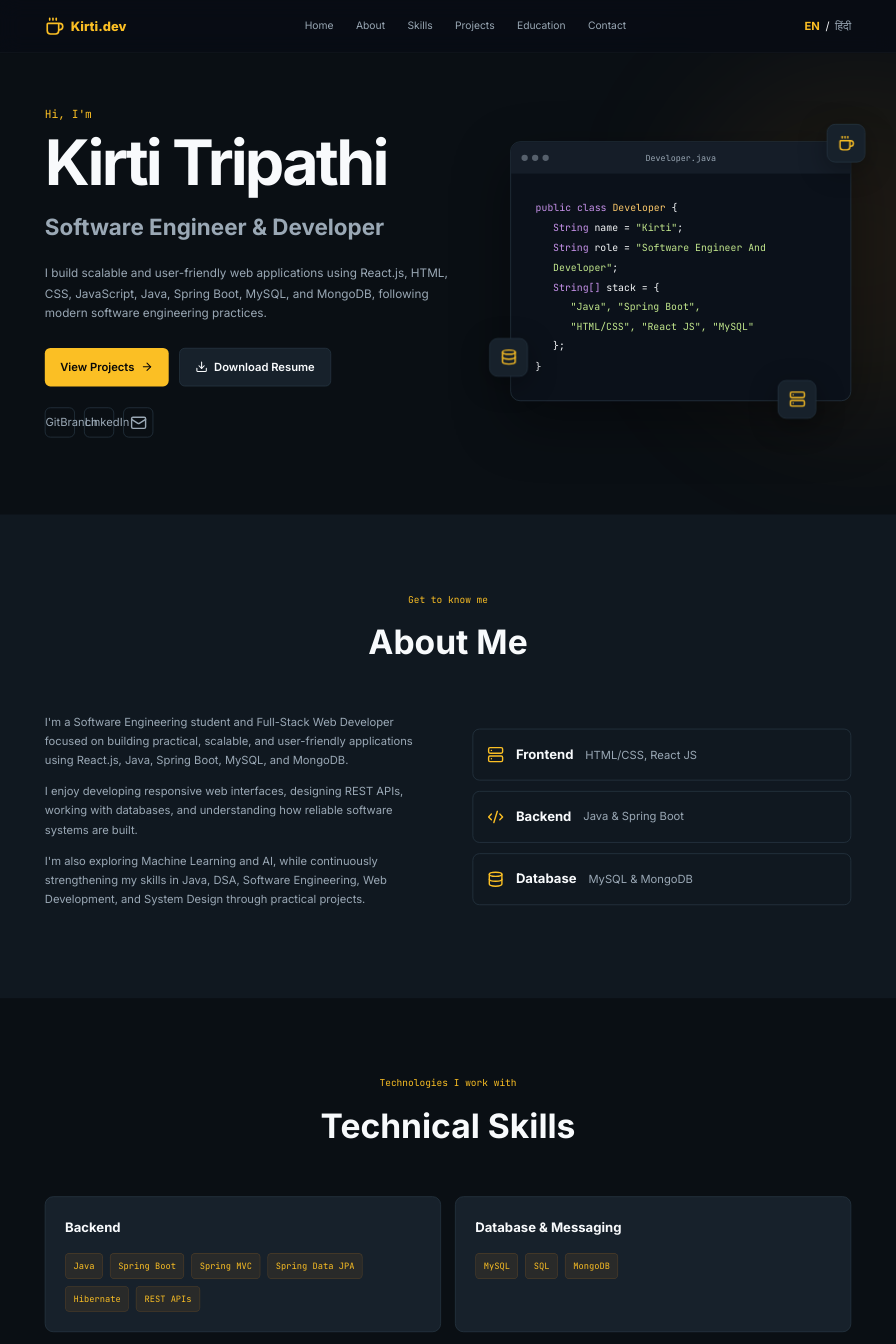
Repository: Rashi-Kirti06/En-Hi-Portfolio
Page: /
An editor plug-in stored every save of this project. The page is shown before and after a run of saves, followed by the edit.
The browser window is 1280 px wide. The pictures show the part of the page from y = 0 to 1920 px (the page is 4993 px tall), at 70% of full size.
The project was rebuilt for these pictures with package versions that can differ from the ones it lists, and the page was loaded fresh each time. Also part of the build but not shown: vite.config.js.

Above is the page before, as saved 2026-09-06 16:49:23.

### index.html
<!doctype html>

<html lang="en">

<head>

  <meta charset="UTF-8" />

  <meta
    name="viewport"
    content="width=device-width, initial-scale=1.0"
  />

  <meta
    name="description"
    content="Kirti Tripathi - Java and Spring Boot Backend Developer portfolio."
  />

  <meta
    name="keywords"
    content="Java Developer, Spring Boot Developer, Backend Developer, Java Portfolio"
  />

  <meta name="author" content="Kirti Tripathi" />

  <title>
    Kirti Tripathi | Java Backend Developer
  </title>

</head>

<body>

  <div id="root"></div>

  <script
    type="module"
    src="/src/main.jsx"
  ></script>

</body>

</html>

### src/index.css
@import url("https://fonts.googleapis.com/css2?family=Inter:wght@400;500;600;700;800&family=JetBrains+Mono:wght@400;500;600&display=swap");

:root {
  /* --background: #080d14;
  --background-secondary: #0d141e;
  --card: #111a26;
  --card-hover: #162231;

  --text: #f4f7fb;
  --text-muted: #9ba9ba;

  --primary: #f89820;
  --primary-hover: #ffad42;

  --green: #58d68d;

  --border: #233142; */

  /* --background: #07111f;
--background-secondary: #0b1728;
--card: #101d2f;
--card-hover: #152840;
--text: #f1f5f9;
--text-muted: #94a3b8;
--primary: #22d3ee;
--primary-hover: #06b6d4;
--green: #34d399;
--border: #1e344d; */

/* --background: #0c0914;
--background-secondary: #130f1f;
--card: #1a1428;
--card-hover: #241b36;
--text: #f5f3ff;
--text-muted: #aaa3bb;
--primary: #a78bfa;
--primary-hover: #8b5cf6;
--green: #6ee7b7;
--border: #302544; */

/* --background: #07121a;
--background-secondary: #0b1c26;
--card: #102530;
--card-hover: #16323f;
--text: #f0fdf4;
--text-muted: #91a7ad;
--primary: #34d399;
--primary-hover: #10b981;
--green: #6ee7b7;
--border: #1d3b46; */

/* --background: #070b14;
--background-secondary: #0c1220;
--card: #111a2b;
--card-hover: #17243a;
--text: #f8fafc;
--text-muted: #94a3b8;
--primary: #3b82f6;
--primary-hover: #60a5fa;
--green: #4ade80;
--border: #223452; */

/* --background: #0e0b10;
--background-secondary: #171219;
--card: #201820;
--card-hover: #2a202a;
--text: #faf5f9;
--text-muted: #a99da6;
--primary: #f472b6;
--primary-hover: #ec4899;
--green: #86efac;
--border: #382b37; */
--background: #0a0f14;
--background-secondary: #101820;
--card: #17212b;
--card-hover: #1d2b37;
--text: #f8fafc;
--text-muted: #9aa8b5;
--primary: #fbbf24;
--primary-hover: #f59e0b;
--green: #4ade80;
--border: #293946;



  --max-width: 1180px;

  --transition: 0.3s ease;
}

* {
  margin: 0;
  padding: 0;
  box-sizing: border-box;
}

html {
  scroll-behavior: smooth;
  scroll-padding-top: 80px;
}

body {
  font-family: "Inter", sans-serif;
  background: var(--background);
  color: var(--text);
  line-height: 1.7;
  overflow-x: hidden;
}

a {
  color: inherit;
  text-decoration: none;
}

button {
  font: inherit;
}

.container {
  width: min(90%, var(--max-width));
  margin-inline: auto;
}

.section {
  padding: 110px 0;
}

.alt-section {
  background: var(--background-secondary);
}

/* ==========================
   Navbar
========================== */

.navbar {
  position: fixed;
  width: 100%;
  top: 0;
  z-index: 1000;

  background: rgba(8, 13, 20, 0.9);
  backdrop-filter: blur(15px);

  border-bottom: 1px solid rgba(255,255,255,0.06);
}

.nav-container {
  height: 75px;

  display: flex;
  align-items: center;
  justify-content: space-between;
}

.logo {
  display: flex;
  align-items: center;
  gap: 9px;

  font-weight: 800;
  font-size: 1.15rem;

  color: var(--primary);
}

.nav-links {
  display: flex;
  align-items: center;
  gap: 32px;
}

.nav-links a {
  color: var(--text-muted);
  font-size: 0.92rem;
  transition: var(--transition);
}

.nav-links a:hover {
  color: var(--primary);
}

.nav-actions {
  display: flex;
  align-items: center;
  gap: 20px;
}

.language-switcher,
.language-mobile {
  display: flex;
  align-items: center;
  gap: 8px;
}

.language-switcher button,
.language-mobile button {
  border: none;
  background: transparent;
  color: var(--text-muted);
  cursor: pointer;
}

.lang-active {
  color: var(--primary) !important;
  font-weight: 700;
}

.mobile-menu {
  border: 0;
  background: transparent;
  color: white;
  cursor: pointer;
  display: none;
}

.language-mobile {
  display: none;
}

/* ==========================
   Hero
========================== */

.hero {
  min-height: 100vh;

  display: flex;
  align-items: center;

  padding-top: 150px;

  position: relative;
  overflow: hidden;
}

.hero::before {
  content: "";

  position: absolute;

  width: 500px;
  height: 500px;

  background: rgba(248, 152, 32, 0.08);

  border-radius: 50%;

  filter: blur(100px);

  top: 100px;
  right: -200px;

  pointer-events: none;
}

.hero-grid {
  display: grid;
  grid-template-columns: 1.1fr 0.9fr;
  gap: 70px;

  align-items: center;
}

.availability {
  display: inline-flex;
  align-items: center;
  gap: 9px;

  padding: 8px 14px;

  border: 1px solid var(--border);
  border-radius: 100px;

  color: var(--text-muted);

  font-size: 0.8rem;

  margin-bottom: 25px;

  background: rgba(255,255,255,0.02);
}

.availability-dot {
  width: 8px;
  height: 8px;

  border-radius: 50%;

  background: var(--green);

  box-shadow:
    0 0 10px var(--green);
}

.hero-greeting {
  color: var(--primary);

  font-family:
    "JetBrains Mono",
    monospace;

  font-size: 1rem;

  margin-bottom: 10px;
}

.hero h1 {
  font-size: clamp(
    3rem,
    7vw,
    5.7rem
  );

  line-height: 1;

  letter-spacing: -4px;

  margin-bottom: 20px;
}

.hero h2 {
  font-size: clamp(
    1.4rem,
    3vw,
    2rem
  );

  color: var(--text-muted);

  margin-bottom: 25px;
}

.hero-description {
  color: var(--text-muted);

  max-width: 650px;

  font-size: 1.05rem;

  margin-bottom: 35px;
}

.hero-buttons {
  display: flex;
  flex-wrap: wrap;
  gap: 15px;

  margin-bottom: 30px;
}

/* Buttons */

.btn {
  display: inline-flex;

  align-items: center;

  justify-content: center;

  gap: 9px;

  padding: 13px 22px;

  border-radius: 8px;

  font-weight: 600;

  transition: var(--transition);
}

.btn-primary {
  background: var(--primary);
  color: #090909;
}

.btn-primary:hover {
  background: var(--primary-hover);

  transform:
    translateY(-3px);
}

.btn-secondary {
  border:
    1px solid var(--border);

  background: var(--card);
}

.btn-secondary:hover {
  border-color:
    var(--primary);

  transform:
    translateY(-3px);
}

/* Social */

.social-links {
  display: flex;
  gap: 13px;
}

.social-links a {
  width: 43px;
  height: 43px;

  display: grid;
  place-items: center;

  border: 1px solid var(--border);

  border-radius: 8px;

  color: var(--text-muted);

  transition: var(--transition);
}

.social-links a:hover {
  color: var(--primary);

  border-color:
    var(--primary);

  transform:
    translateY(-3px);
}

/* Code card */

.hero-visual {
  position: relative;
}

.developer-card {
  border:
    1px solid var(--border);

  border-radius: 14px;

  overflow: hidden;

  background: #0b111a;

  box-shadow:
    0 30px 80px rgba(0,0,0,0.4);
}

.terminal-header {
  height: 45px;

  display: flex;
  align-items: center;

  padding: 0 15px;

  background: #151d28;

  color: var(--text-muted);

  font-size: 0.75rem;

  font-family:
    "JetBrains Mono",
    monospace;

  position: relative;
}

.terminal-header > span {
  position: absolute;
  left: 50%;

  transform:
    translateX(-50%);
}

.terminal-dots {
  display: flex;
  gap: 6px;
}

.terminal-dots span {
  width: 9px;
  height: 9px;

  border-radius: 50%;

  background: #56606c;
}

.code-window {
  padding: 35px;

  font-family:
    "JetBrains Mono",
    monospace;

  font-size: 0.88rem;

  line-height: 2;

  overflow-x: auto;
}

.code-purple {
  color: #c792ea;
}

.code-yellow {
  color: #ffcb6b;
}

.code-green {
  color: #c3e88d;
}

.indent {
  padding-left: 25px;
}

.indent-two {
  padding-left: 50px;
}

.floating-icon {
  width: 55px;
  height: 55px;

  border-radius: 12px;

  display: grid;
  place-items: center;

  position: absolute;

  color: var(--primary);

  background: var(--card);

  border:
    1px solid var(--border);

  box-shadow:
    0 10px 40px rgba(0,0,0,.35);

  animation:
    floating 4s ease-in-out infinite;
}

.icon-java {
  top: -25px;
  right: -20px;
}

.icon-db {
  bottom: 35px;
  left: -30px;

  animation-delay: 1s;
}

.icon-server {
  bottom: -25px;
  right: 50px;

  animation-delay: 2s;
}

@keyframes floating {
  0%, 100% {
    transform:
      translateY(0);
  }

  50% {
    transform:
      translateY(-10px);
  }
}

/* ==========================
   Section Headings
========================== */

.section-heading {
  text-align: center;

  margin-bottom: 60px;
}

.section-heading p {
  color: var(--primary);

  font-family:
    "JetBrains Mono",
    monospace;

  font-size: 0.85rem;

  margin-bottom: 8px;
}

.section-heading h2 {
  font-size:
    clamp(
      2rem,
      4vw,
      3rem
    );
}

/* ==========================
   About
========================== */

.about-grid {
  display: grid;

  grid-template-columns:
    1fr 1fr;

  gap: 70px;

  align-items: center;
}

.about-text p {
  color: var(--text-muted);

  margin-bottom: 18px;
}

.about-cards {
  display: grid;
  gap: 15px;
}

.mini-card {
  padding: 20px;

  border: 1px solid var(--border);

  border-radius: 10px;

  display: flex;

  align-items: center;

  gap: 17px;

  transition:
    var(--transition);
}

.mini-card:hover {
  border-color:
    var(--primary);

  transform:
    translateX(7px);
}

.mini-card svg {
  color: var(--primary);
}

.mini-card p {
  color:
    var(--text-muted);
}

/* ==========================
   Skills
========================== */

.skills-grid {
  display: grid;

  grid-template-columns:
    repeat(2, 1fr);

  gap: 20px;
}

.skill-card {
  padding: 28px;

  background: var(--card);

  border:
    1px solid var(--border);

  border-radius: 12px;

  transition:
    var(--transition);
}

.skill-card:hover {
  border-color:
    rgba(248,152,32,.55);

  transform:
    translateY(-4px);
}

.skill-card h3 {
  margin-bottom: 20px;
}

.skill-tags {
  display: flex;

  flex-wrap: wrap;

  gap: 10px;
}

.skill-tags span,
.project-tech span {
  padding: 7px 11px;

  border-radius: 6px;

  background:
    rgba(248,152,32,.08);

  border:
    1px solid rgba(248,152,32,.16);

  color:
    var(--primary);

  font-size:
    .78rem;

  font-family:
    "JetBrains Mono",
    monospace;
}

/* ==========================
   Projects
========================== */

.projects-grid {
  display: grid;

  grid-template-columns:
    repeat(3, 1fr);

  gap: 20px;
}

.project-card {
  background: var(--card);

  border:
    1px solid var(--border);

  border-radius: 12px;

  padding: 30px;

  display: flex;
  flex-direction: column;

  transition:
    var(--transition);

  position: relative;

  overflow: hidden;
}

.project-card::before {
  content: "";

  position: absolute;

  width: 130px;
  height: 130px;

  background:
    rgba(248,152,32,.07);

  border-radius: 50%;

  top: -70px;
  right: -50px;

  filter: blur(20px);
}

.project-card:hover {
  transform:
    translateY(-7px);

  border-color:
    rgba(248,152,32,.5);
}

.project-number {
  color:
    var(--primary);

  font-family:
    "JetBrains Mono",
    monospace;

  margin-bottom:
    15px;
}

.project-card h3 {
  font-size:
    1.35rem;

  margin-bottom:
    15px;
}

.project-card > p {
  color:
    var(--text-muted);

  margin-bottom:
    20px;

  flex-grow: 1;
}

.project-tech {
  display: flex;

  flex-wrap: wrap;

  gap: 7px;

  margin-bottom:
    25px;
}

.project-actions {
  display: flex;

  gap: 18px;

  flex-wrap: wrap;
}

.project-actions a {
  display: flex;

  align-items: center;

  gap: 7px;

  color:
    var(--text-muted);

  font-size:
    .85rem;

  transition:
    var(--transition);
}

.project-actions a:hover {
  color:
    var(--primary);
}

/* ==========================
   Learning
========================== */

.learning-description {
  color:
    var(--text-muted);

  text-align: center;

  max-width:
    650px;

  margin:
    -30px auto
    45px;
}

.learning-grid {
  display: grid;

  grid-template-columns:
    repeat(3,1fr);

  gap: 15px;
}

.learning-card {
  border:
    1px solid var(--border);

  background:
    var(--card);

  border-radius:
    10px;

  padding:
    20px;

  display:
    flex;

  gap: 15px;

  align-items:
    center;
}

.learning-card span {
  display:
    grid;

  place-items:
    center;

  width:
    34px;

  height:
    34px;

  border-radius:
    7px;

  color:
    var(--primary);

  background:
    rgba(248,152,32,.1);

  font-family:
    "JetBrains Mono",
    monospace;
}

/* ==========================
   Education
========================== */

.education-card {
  max-width:
    700px;

  margin:
    auto;

  padding:
    30px;

  display:
    flex;

  gap:
    22px;

  background:
    var(--card);

  border:
    1px solid
    var(--border);

  border-radius:
    12px;
}

.education-icon {
  width:
    60px;

  height:
    60px;

  flex-shrink: 0;

  display:
    grid;

  place-items:
    center;

  border-radius:
    10px;

  color:
    var(--primary);

  background:
    rgba(248,152,32,.1);
}

.education-card h4 {
  color:
    var(--primary);

  margin:
    4px 0;
}

.education-card p,
.education-card span {
  color:
    var(--text-muted);
}

/* ==========================
   Contact
========================== */

.contact-box {
  text-align:
    center;

  max-width:
    800px;

  margin:
    auto;
}

.contact-box > p {
  color:
    var(--text-muted);

  max-width:
    600px;

  margin:
    0 auto 40px;
}

.contact-links {
  display:
    grid;

  grid-template-columns:
    repeat(3,1fr);

  gap:
    15px;
}

.contact-card {
  padding:
    24px;

  display:
    flex;

  flex-direction:
    column;

  gap:
    12px;

  align-items:
    center;

  border:
    1px solid var(--border);

  background:
    var(--card);

  border-radius:
    10px;

  transition:
    var(--transition);
}

.contact-card svg {
  color:
    var(--primary);
}

.contact-card:hover {
  border-color:
    var(--primary);

  transform:
    translateY(-5px);
}

/* ==========================
   Footer
========================== */

.footer {
  border-top:
    1px solid var(--border);

  padding:
    30px 0;
}

.footer-content {
  display:
    flex;

  justify-content:
    space-between;

  align-items:
    center;

  gap:
    20px;

  color:
    var(--text-muted);

  font-size:
    .8rem;
}

.footer-logo {
  display:
    flex;

  align-items:
    center;

  gap:
    8px;

  color:
    var(--primary);

  font-weight:
    700;
}

/* ==========================
   Tablet
========================== */

@media (max-width: 950px) {

  .hero-grid {
    grid-template-columns:
      1fr;
  }

  .hero-content {
    text-align:
      center;
  }

  .availability {
    margin-inline:
      auto;
  }

  .hero-description {
    margin-inline:
      auto;
  }

  .hero-buttons,
  .social-links {
    justify-content:
      center;
  }

  .hero-visual {
    max-width:
      600px;

    margin:
      40px auto 0;
  }

  .projects-grid {
    grid-template-columns:
      repeat(2,1fr);
  }

  .about-grid {
    grid-template-columns:
      1fr;
  }
}

/* ==========================
   Mobile Navigation
========================== */

@media (max-width: 760px) {

  .section {
    padding:
      80px 0;
  }

  .mobile-menu {
    display:
      block;
  }

  .language-switcher {
    display:
      none;
  }

  .nav-links {
    position:
      fixed;

    top:
      75px;

    left:
      0;

    width:
      100%;

    background:
      #0d141e;

    flex-direction:
      column;

    align-items:
      center;

    padding:
      35px;

    border-bottom:
      1px solid
      var(--border);

    transform:
      translateY(-150%);

    opacity:
      0;

    transition:
      .35s ease;
  }

  .nav-links.active {
    transform:
      translateY(0);

    opacity:
      1;
  }

  .language-mobile {
    display:
      flex;

    margin-top:
      10px;
  }

  .hero {
    padding-top:
      120px;
  }

  .hero h1 {
    letter-spacing:
      -2px;
  }

  .skills-grid,
  .projects-grid,
  .learning-grid,
  .contact-links {
    grid-template-columns:
      1fr;
  }

  .floating-icon {
    display:
      none;
  }

  .education-card {
    flex-direction:
      column;
  }

  .footer-content {
    flex-direction:
      column;

    text-align:
      center;
  }

}

/* ==========================
   Small Phones
========================== */

@media (max-width: 480px) {

  .hero-buttons {
    flex-direction:
      column;
  }

  .btn {
    width:
      100%;
  }

  .code-window {
    padding:
      22px 15px;

    font-size:
      .72rem;
  }

}

### src/App.jsx
import { useState } from "react";

import Navbar from "./components/Navbar";
import Hero from "./components/Hero";
import About from "./components/About";
import Skills from "./components/Skills";
import Projects from "./components/Projects";
import Learning from "./components/Learning";
import Education from "./components/Education";
import Contact from "./components/Contact";
import Footer from "./components/Footer";

function App() {
  const [language, setLanguage] = useState("en");

  return (
    <>
      <Navbar language={language} setLanguage={setLanguage} />

      <main>
        <Hero language={language} />
        <About language={language} />
        <Skills language={language} />
        <Projects language={language} />
        <Learning language={language} />
        <Education language={language} />
        <Contact language={language} />
      </main>

      <Footer language={language} />
    </>
  );
}

export default App;

### src/components/Learning.jsx
import { motion } from "framer-motion";
import SectionTitle from "./SectionTitle";
import { translations } from "../data/translations";

const technologies = [
  "Advanced Java",
  "Microservices",
  "System Design",
  "Docker",
  "Spring Security",
  "Cloud",
];

function Learning({ language }) {
  const t = translations[language].learning;

  return (
    <section className="section">
      <div className="container">

        <SectionTitle
          subtitle={t.subtitle}
          title={t.title}
        />

        <p className="learning-description">
          {t.description}
        </p>

        <div className="learning-grid">

          {technologies.map((technology, index) => (

            <motion.div
              className="learning-card"
              key={technology}
              initial={{
                opacity: 0,
                scale: 0.9,
              }}
              whileInView={{
                opacity: 1,
                scale: 1,
              }}
              viewport={{ once: true }}
              transition={{
                delay: index * 0.08,
              }}
            >
              <span>{index + 1}</span>
              {technology}
            </motion.div>

          ))}

        </div>

      </div>
    </section>
  );
}

export default Learning;

### src/components/Education.jsx
import { GraduationCap } from "lucide-react";
import SectionTitle from "./SectionTitle";
import { translations } from "../data/translations";

function Education({ language }) {
  const t = translations[language].education;

  return (
    <section
      id="education"
      className="section alt-section"
    >
      <div className="container">

        <SectionTitle
          subtitle={t.subtitle}
          title={t.title}
        />

        <div className="education-card">

          <div className="education-icon">
            <GraduationCap size={34} />
          </div>

          <div>
            <h3>{t.degree}</h3>

            <h4>{t.course}</h4>

            <p>{t.college}</p>

            <span>{t.year}</span>
          </div>

        </div>

      </div>
    </section>
  );
}

export default Education;

### src/components/Contact.jsx
import {
  Mail,
} from "lucide-react";

import SectionTitle from "./SectionTitle";
import { translations } from "../data/translations";

function Contact({ language }) {
  const t = translations[language].contact;

  return (
    <section id="contact" className="section">
      <div className="container">

        <SectionTitle
          subtitle={t.subtitle}
          title={t.title}
        />

        <div className="contact-box">

          <p>{t.description}</p>

          <div className="contact-links">

            <a
              href="mailto:your-email@example.com"
              className="contact-card"
            >
              <Mail />
              <span>{t.email}</span>
            </a>

            <a
              href="https://linkedin.com/in/YOUR_USERNAME"
              target="_blank"
              rel="noreferrer"
              className="contact-card"
            >
              Linkedin
              <span>{t.linkedin}</span>
            </a>

            <a
              href="https://github.com/YOUR_USERNAME"
              target="_blank"
              rel="noreferrer"
              className="contact-card"
            >
              Github
              <span>{t.github}</span>
            </a>

          </div>

        </div>

      </div>
    </section>
  );
}

export default Contact;

### src/components/Footer.jsx
import { Coffee } from "lucide-react";
import { translations } from "../data/translations";

function Footer({ language }) {
  const t = translations[language].footer;

  return (
    <footer className="footer">
      <div className="container footer-content">

        <div className="footer-logo">
          <Coffee size={22} />
          Kirti.dev
        </div>

        <p>
          © {new Date().getFullYear()} Kirti Tripathi
        </p>

        <p>{t.text}</p>

      </div>
    </footer>
  );
}

export default Footer;

### src/components/SectionTitle.jsx
function SectionTitle({ subtitle, title }) {
  return (
    <div className="section-heading">
      <p>{subtitle}</p>
      <h2>{title}</h2>
    </div>
  );
}

export default SectionTitle;

Loaded but not shown: src/main.jsx (common file); src/data/translations.jsx (151 lines, source omitted); src/components/Hero.jsx (169 lines, source omitted); src/components/Projects.jsx (165 lines, source omitted); src/components/Navbar.jsx (93 lines, source omitted); src/components/Skills.jsx (96 lines, source omitted); src/components/About.jsx (61 lines, source omitted)

After the next 3 saves:
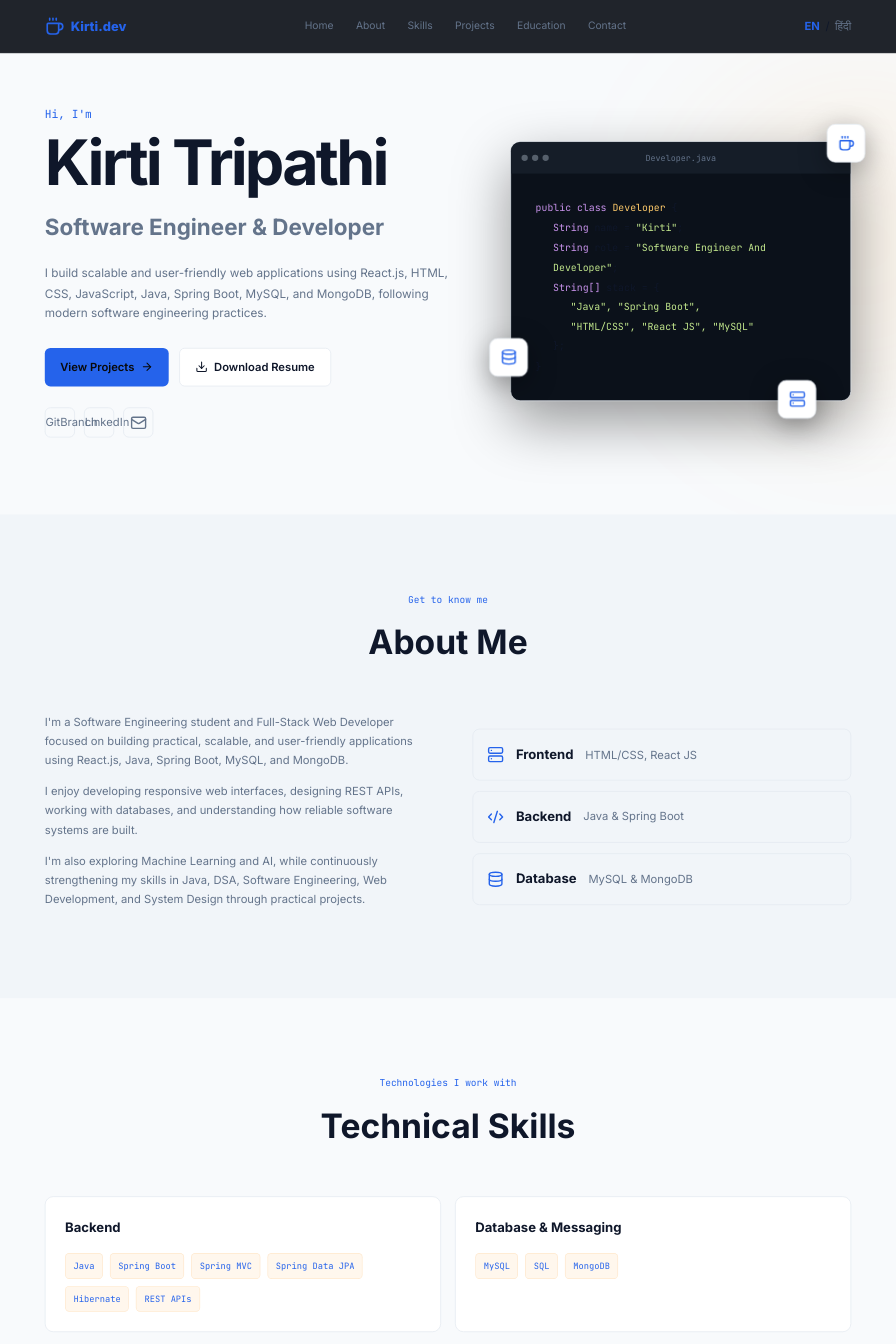
The 3 saves are shown as one change because they came seconds apart.
The last was saved 45 s later.
--- a/src/index.css
+++ b/src/index.css
@@ -70,7 +70,8 @@
 --primary-hover: #ec4899;
 --green: #86efac;
 --border: #382b37; */
---background: #0a0f14;
+
+/* --background: #0a0f14;
 --background-secondary: #101820;
 --card: #17212b;
 --card-hover: #1d2b37;
@@ -79,7 +80,18 @@
 --primary: #fbbf24;
 --primary-hover: #f59e0b;
 --green: #4ade80;
---border: #293946;
+--border: #293946; */
+
+--background: #f8fafc;
+--background-secondary: #f1f5f9;
+--card: #ffffff;
+--card-hover: #f8fafc;
+--text: #0f172a;
+--text-muted: #64748b;
+--primary: #2563eb;
+--primary-hover: #1d4ed8;
+--green: #16a34a;
+--border: #e2e8f0;
 
 
 
